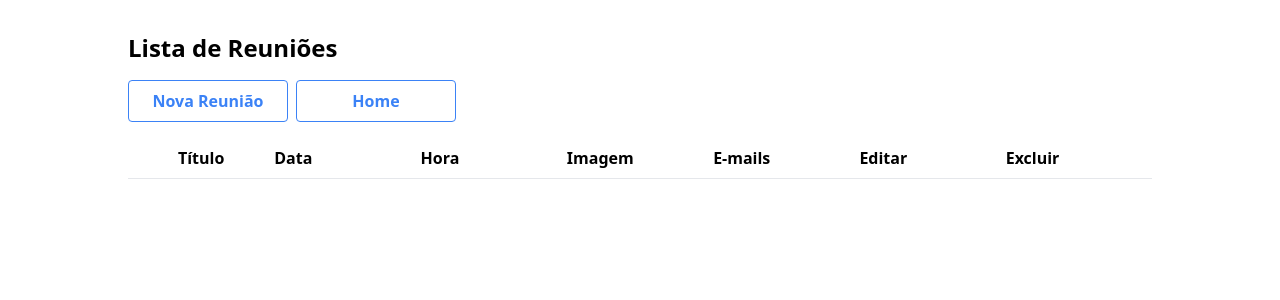
Repository: TamiBeira/meeting
Page: /meetings
These files come from the project's save history. The page is drawn as it stood at one moment and after the next save; the edit follows.
The browser window is 1280 px wide. The pictures show the whole page.
The project was rebuilt for these pictures with package versions that can differ from the ones it lists, and the page was loaded fresh each time. Also part of the build but not shown: vite.config.ts, src/contexts/FormContext.tsx, src/components/Form.tsx, src/components/HomePage.tsx.

Above is the page before, as saved 2024-02-26 23:43:57.

### index.html
<!doctype html>
<html lang="pt">
  <head>
    <meta charset="UTF-8" />
    <meta name="viewport" content="width=device-width, initial-scale=1.0" />
    <title>Meeting</title>
  </head>
  <body>
    <div id="root"></div>
    <script type="module" src="/src/main.tsx"></script>
  </body>
</html>

### src/app.tsx
import { BrowserRouter as Router, Routes, Route } from 'react-router-dom';
import { FormProvider } from './contexts/FormContext';
import { MeetingsProvider } from './contexts/MeetingsContext';
import { Form } from './components/Form';
import { MeetingsView } from './components/MeetingsView';
import { HomePage } from './components/HomePage';

export const App = () => {
  return (
    <Router>
      <Routes>
        <Route path="/" element={<HomePage />} />
        <Route path="/form" element={<FormProvider><Form /></FormProvider>} />
        <Route path="/meetings" element={<MeetingsProvider><MeetingsView /></MeetingsProvider>} />
      </Routes>
    </Router>
  );
};

### src/contexts/MeetingsContext.tsx
import React, { createContext, useState, useEffect, useContext } from 'react';
import { toast } from 'react-toastify';

export interface Meeting {
  title: string;
  data: string;
  hora: string;
  imagem?: string; // Tornando a propriedade imagem opcional
  imagemPath?: string;
  emails: string[];
}

interface MeetingsContextType {
  meetings: Meeting[];
  editableIndex: number | null;
  editedMeeting: Meeting;
  handleEdit: (index: number) => void;
  handleSave: () => void;
  handleDelete: (index: number) => void;
  handleInputChange: (event: React.ChangeEvent<HTMLInputElement>, key: string) => void;
}

interface MeetingContextProviderProps {
  children: React.ReactNode;
}

const MeetingsContext = createContext<MeetingsContextType | undefined>(undefined);

export const useMeetingsContext = () => {
  const context = useContext(MeetingsContext);
  if (!context) {
    throw new Error('useMeetingsContext must be used within a MeetingsProvider');
  }
  return context;
};

export const MeetingsProvider: React.FC<MeetingContextProviderProps> = ({ children }) => {
  const [meetings, setMeetings] = useState<Meeting[]>([]);
  const [editableIndex, setEditableIndex] = useState<number | null>(null);
  const [editedMeeting, setEditedMeeting] = useState<Meeting>({
    title: '',
    data: '',
    hora: '',
    emails: [],
  });

  useEffect(() => {
    const storedMeetings = localStorage.getItem('meetingData');
    if (storedMeetings) {
      setMeetings(JSON.parse(storedMeetings));
    }
  }, []);

  const handleEdit = (index: number) => {
    setEditableIndex(index);
    setEditedMeeting(meetings[index]);
    toast.success('Reunião editada com sucesso!');
  };

  const handleSave = () => {
    if (editableIndex === null) return;

    const updatedMeetings = [...meetings];
    updatedMeetings[editableIndex] = editedMeeting;
    setMeetings(updatedMeetings);
    localStorage.setItem('meetingData', JSON.stringify(updatedMeetings));
    setEditableIndex(null);
    setEditedMeeting({
      title: '',
      data: '',
      hora: '',
      emails: [],
    });
    toast.success('Reunião salva com sucesso!');
  };

  const handleDelete = (index: number) => {
    const confirmDelete = window.confirm('Tem certeza que deseja excluir esta reunião?');
    if (confirmDelete) {
      const updatedMeetings = [...meetings];
      updatedMeetings.splice(index, 1);
      setMeetings(updatedMeetings);
      localStorage.setItem('meetingData', JSON.stringify(updatedMeetings));
      toast.success('Reunião excluída com sucesso!');
    }
  };

  const handleInputChange = (event: React.ChangeEvent<HTMLInputElement>, key: string) => {
    setEditedMeeting({ ...editedMeeting, [key]: event.target.value });
  };

  const contextValue: MeetingsContextType = {
    meetings,
    editableIndex,
    editedMeeting,
    handleEdit,
    handleSave,
    handleDelete,
    handleInputChange,
  };

  return (
    <MeetingsContext.Provider value={contextValue}>
      {children}
    </MeetingsContext.Provider>
  );
};

### src/components/MeetingsView.tsx
import React from 'react';
import { Link } from 'react-router-dom';
import { ToastContainer } from 'react-toastify';
import { FaEdit, FaTrash } from 'react-icons/fa';
import { useMeetingsContext } from '../contexts/MeetingsContext';

export const MeetingsView: React.FC = () => {
  const {
    meetings,
    editableIndex,
    editedMeeting,
    handleEdit,
    handleSave,
    handleDelete,
    handleInputChange,
  } = useMeetingsContext();

  const handleImageChange = (e: React.ChangeEvent<HTMLInputElement>) => {
    const file = e.target.files && e.target.files[0];
    if (file) {
      const reader = new FileReader();
      reader.onloadend = () => {
        const imageDataUrl = reader.result as string;
        handleInputChange({ target: { value: imageDataUrl } } as React.ChangeEvent<HTMLInputElement>, 'imagem');
      };
      reader.readAsDataURL(file);
    }
  };

  return (
    <div className="max-w-5xl mx-auto mt-8">
      <h2 className="text-2xl font-bold mb-4">Lista de Reuniões</h2>
      <div className="mt-4 mb-4">
      <Link to="/form" className="w-40 inline-block text-center border border-solid border-blue-500 text-blue-500 font-bold mr-2 px-4 py-2 rounded">Nova Reunião</Link>
      <Link to="/" className="w-40 inline-block text-center border border-solid border-blue-500 text-blue-500 font-bold px-4 py-2 rounded">Home</Link>
      </div>
      <ul>
        <li className="border-b border-gray-200 py-2 flex sm:flex-row font-semibold">
        <div className="w-1/5 text-center">Título</div>
        <div className="w-1/5 text-18">Data</div>
        <div className="w-1/5 text-18">Hora</div>
        <div className="w-1/5 text-18">Imagem</div>
        <div className="w-1/5 text-18">E-mails</div>
        <div className="w-1/5 text-18">Editar</div>
        <div className="w-1/5 text-18">Excluir</div>

        </li>
        {meetings.map((meeting, index) => (
          <li key={index} className="border-b border-gray-200 py-4 flex flex-col sm:flex-row justify-center items-center">
            {editableIndex === index ? (
              <>
                <input
                  type="text"
                  value={editedMeeting.title}
                  onChange={(e) => handleInputChange(e, 'title')}
                  className="mb-2 sm:mb-0 mr-4 px-4 py-2 border rounded-md shadow-sm focus:outline-none focus:ring-blue-500 focus:border-blue-500 max-w-28"
                  placeholder="Título"
                />
                <input
                  type="date"
                  value={editedMeeting.data}
                  onChange={(e) => handleInputChange(e, 'data')}
                  className="mb-2 sm:mb-0 mr-4 px-4 py-2 border rounded-md shadow-sm focus:outline-none focus:ring-blue-500 focus:border-blue-500"
                />
                <input
                  type="time"
                  value={editedMeeting.hora}
                  onChange={(e) => handleInputChange(e, 'hora')}
                  className="mb-2 sm:mb-0 mr-4 px-4 py-2 border rounded-md shadow-sm focus:outline-none focus:ring-blue-500 focus:border-blue-500"
                />
                <div className="flex items-center w-1/5">
                  <input
                    type="file"
                    accept="image/*"
                    onChange={handleImageChange}
                    className="hidden"
                    id="input-image"
                  />
                  <label htmlFor="input-image" className="cursor-pointer mr-2">Escolher</label>
                  {editedMeeting.imagem && (
                    <img src={editedMeeting.imagem} alt="Imagem da reunião" className="max-w-xs h-12" />
                  )}
                </div>
                <input
                  type="text"
                  value={editedMeeting.emails.join(', ')}
                  onChange={(e) => handleInputChange(e, 'emails')}
                  className="mb-2 sm:mb-0 mr-4 px-4 py-2 border rounded-md shadow-sm focus:outline-none focus:ring-blue-500 focus:border-blue-500 w-64"
                  placeholder="E-mails"
                />
                <div>
                  <button
                    onClick={handleSave}
                    className="bg-green-500 hover:bg-green-700 text-white font-bold py-2 px-4 mr-2 rounded"
                  >
                    Salvar
                  </button>
                </div>
              </>
            ) : (
              <>
                <div className="w-1/5">{meeting.title}</div>
                <div className="w-1/5">{meeting.data}</div>
                <div className="w-1/5">{meeting.hora}</div>
                <div className="w-1/5">
                  <img src={meeting.imagem} alt="Imagem da reunião" width={50} height={50} className="max-w-xs mx-auto mt-2" />
                </div>
                <div className="w-1/5">{Array.isArray(meeting.emails) ? meeting.emails.join(', ') : ''}</div>
                <div className="w-1/5">
                  <button
                    onClick={() => handleEdit(index)}
                    className="text-blue-500 font-bold"
                  >
                    <FaEdit className="inline-block mr-1" />
                  </button>
                </div>
                <div className='w-1/5 justify-center'>
                  <button
                    onClick={() => handleDelete(index)}
                    className="text-red-500 font-bold"
                  >
                    <FaTrash className="inline-block mr-1" />
                  </button>
                </div>
              </>
            )}
          </li>
        ))}
      </ul>
      <ToastContainer />
    </div>
  );
};

### tailwind.config.js
/** @type {import('tailwindcss').Config} */
export default {
  content: [
    "./index.html",
    "./src/**/*.tsx",
  ],
  theme: {
    extend: {},
  },
  plugins: [],
}

Loaded but not shown: src/main.tsx (common file); src/index.css (common file)

After the next save:
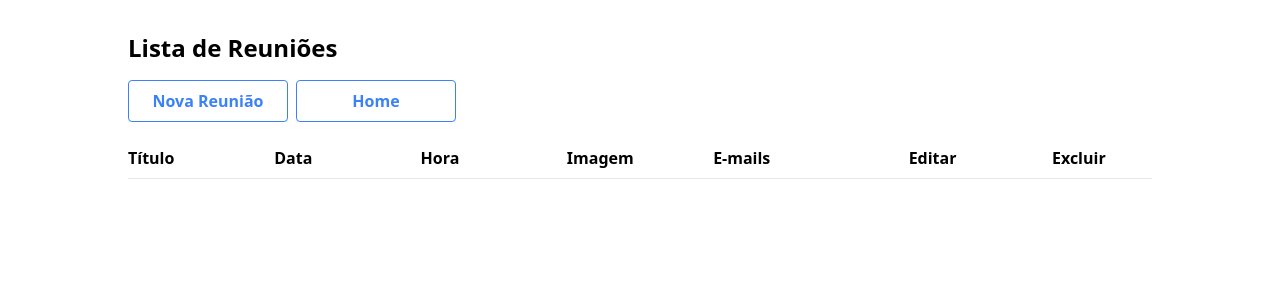
Saved 30 s later.
--- a/src/components/MeetingsView.tsx
+++ b/src/components/MeetingsView.tsx
@@ -36,14 +36,13 @@ export const MeetingsView: React.FC = () => {
       </div>
       <ul>
         <li className="border-b border-gray-200 py-2 flex sm:flex-row font-semibold">
-        <div className="w-1/5 text-center">Título</div>
-        <div className="w-1/5 text-18">Data</div>
-        <div className="w-1/5 text-18">Hora</div>
-        <div className="w-1/5 text-18">Imagem</div>
-        <div className="w-1/5 text-18">E-mails</div>
-        <div className="w-1/5 text-18">Editar</div>
-        <div className="w-1/5 text-18">Excluir</div>
-
+          <div className="w-1/5">Título</div>
+          <div className="w-1/5">Data</div>
+          <div className="w-1/5">Hora</div>
+          <div className="w-1/5">Imagem</div>
+          <div className="w-1/5">E-mails</div>
+          <div className="w-1/5 text-center">Editar</div>
+          <div className="w-1/5 text-center">Excluir</div>
         </li>
         {meetings.map((meeting, index) => (
           <li key={index} className="border-b border-gray-200 py-4 flex flex-col sm:flex-row justify-center items-center">
